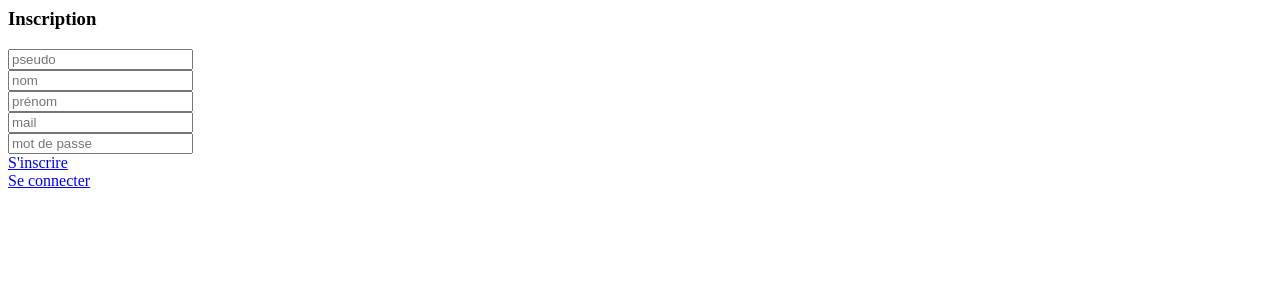
Repository: mitantsoa1/site_test
Page: http://localhost/Views/formIndexview.php
An editor plug-in stored every save of this project. The page is shown before and after the next save, followed by the edit.
The browser window is 1280 px wide. The pictures show the whole page.
The page is run by PHP 8.4 with error messages shown; the project is at /var/www/html/.

Above is the page before, as saved 2021-02-06 15:19:54.

### Views/formIndexview.php

<form class="form-inscription form col-content">
							<!-- Titre colonne -->
							<h3 class="text-center">Inscription</h3>
							<!-- Titre colone -->
							<div class="form-group">

								<input type="text" id="nom" class="form-control" placeholder="pseudo">
							</div>
							<div class="form-group">

								<input type="text" id="nom" class="form-control" placeholder="nom">
							</div>
							<div class="form-group">

								<input type="text" id="prenom" class="form-control" placeholder="prénom">
							</div>

							<div class="form-group">

								<input type="text" id="email" class="form-control" placeholder="mail">
							</div>
							<div class="form-group">

								<input type="password" id="pass" class="form-control" placeholder="mot de passe">
							</div>
							<div class="text-center">
								<a href="#" class="btn btn-success">S'inscrire</a>
							</div>
							<a href="#" id="see-login" class="btn btn-primary">Se connecter</a>
						</form>

After the next save:
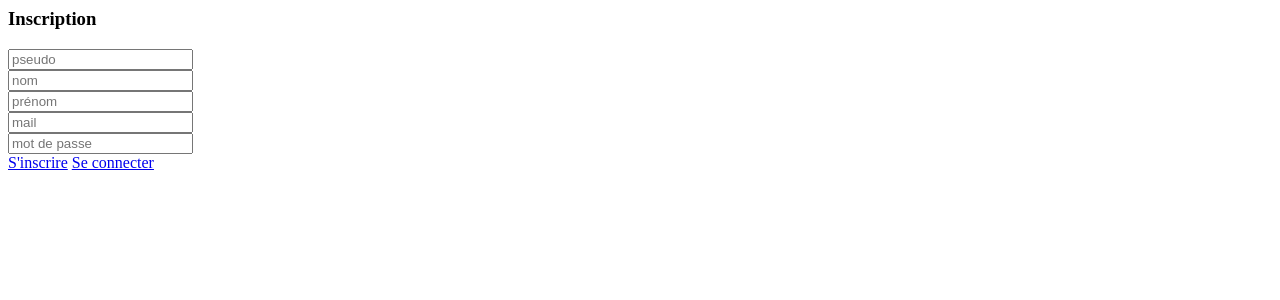
Saved 72 s later.
--- a/Views/formIndexview.php
+++ b/Views/formIndexview.php
@@ -26,6 +26,7 @@
 							</div>
 							<div class="text-center">
 								<a href="#" class="btn btn-success">S'inscrire</a>
+                                <a href="#" id="see-login" class="btn btn-primary">Se connecter</a>
 							</div>
-							<a href="#" id="see-login" class="btn btn-primary">Se connecter</a>
+
 						</form>
